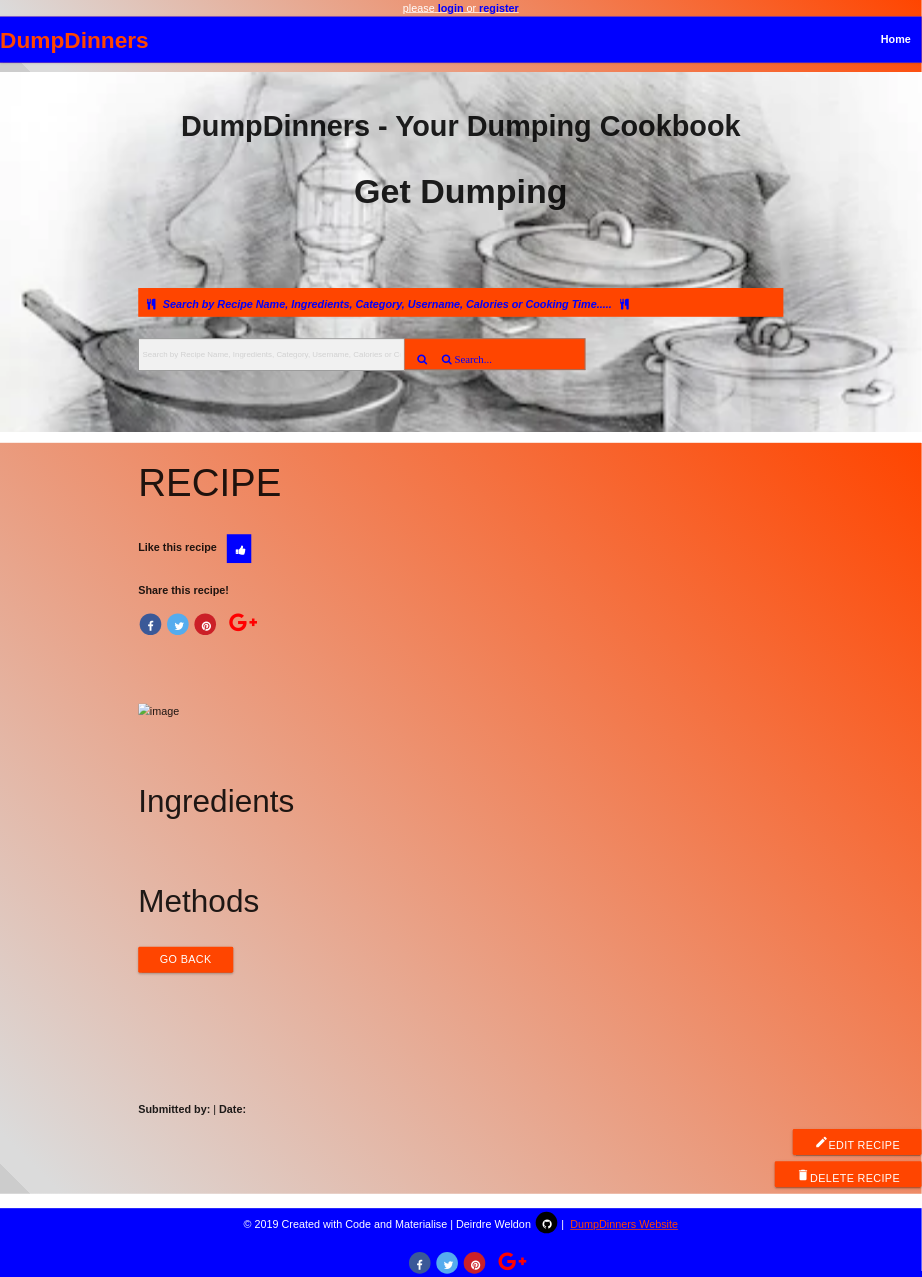
Repository: Deirdre18/dumpdinners-recipe-app
Page: templates/recipe.html
The author's editor kept a record of every edit. The page is drawn from the files as they stood at one moment, then again after the next edit.
The browser window is 1280 px wide. The pictures show the whole page, at 72% of full size.
Some web libraries are served in a nearby version. The page is served by the project's application, run on Flask 3 (app.py). The template is opened directly, without the code that normally fills it, so the values that code supplies are empty.

Above is the page before.

### templates/recipe.html
{% extends "base.html" %} {% block content %} {% with messages = get_flashed_messages() %} {% if messages %}
<strong class=flashes>


	{% for message in messages %}<br>
	{{ message }}</strong> {% endfor %}
</ul>
{% endif %} {% endwith %}
<div class="container recipe-container content-container">
	<!-- Recipe-->
	<section class="recipe">
		<div class="row">
			<div class="col s12 m12 l12">
				<div class="page-header">
					<h2 class="text-uppercase">RECIPE</h2>
					<!--rate recipe-->
				</div>
			</div>
		</div>
		<div>
			<!--http://www.sharelinkgenerator.com/-->
			<strong>Like this recipe</strong>&nbsp<a href="{{ url_for('likes', recipe_id=recipe._id) }}" <button class="waves-effect waves-light btn-small" type="submit" style="background-color:blue; color: white; margin-left:10px" name=" action"><i class="fa fa-thumbs-up" aria-hidden="true"></i></a></button><br><br>
		</div>



		<!--http://www.sharelinkgenerator.com/-->
		<!--referred to this for help with sharing links - https://css-tricks.com/simple-social-sharing-links/-->
		<!--also referred to this for link to pinterest-->
		<div class="shares">

		<h6 class="shares-recipe"><strong>Share this recipe!</strong></h6>
		<a href="https://www.facebook.com/sharer.php?u=" <i class="fa fa-facebook" aria-hidden="true"></i></a>
		<a href="https://twitter.com/intent/tweet" <i class="fa fa-twitter" aria-hidden="true"></i></a>
		<a href="https://pinterest.com/pin/create/link/?url=" <i class="fa fa-pinterest" aria-hidden="true"></i></a>
		<a href="https://plus.google.com/share?url=" <i class="fa fa-google-plus" style="font-size:30px; color:red"></i></a>

		</div>

		<div class="row" style="text-align:center"></div>
		<h3><em>{{recipe.recipe_name}}</em></h3>

		<div row="recipe">
			<div class="col s12 m12 l12">
				<img src="{{ recipe.image }}" alt="image" height=300 width=285>
				<!--referred to https://stackoverflow.com/questions/41081380/white-space-pre-not-working-as-expected-->
				<div class="ingredients col s12 m6 l6" style="white-space:normal">
					<h3>Ingredients</h3>
					{{ recipe.ingredients }}
				</div>
				<div class="methods col s12 m6 l6" style="white-space:normal">
					<h3>Methods</h3>
					{{ recipe.methods }}
				</div><br>



<!--taken from https://www.w3schools.com/jsref/met_his_back.asp-->
<button onclick="goBack()" class="waves-effect waves-light btn"  style="background-color:orangered">Go Back</button>

		<p><strong>Submitted by:</strong>{{ recipe.username }} |  <strong>Date:</strong> {{recipe.date_added}}</p>
			</div>
		</div>
</div>
<!-- button for edit recipe -->
<!--Taken from Spence Barribal's code (student Code Institute).-->
{% if session['username'] == recipe.username %}
<div class="row float-right">
	<a href="{{ url_for('edit_recipe', recipe_id=recipe._id, username=username) }}" class="waves-effect waves-light btn" style="background-color:orangered; float:right"><i class="small material-icons">mode_edit</i>Edit Recipe</a><br><br>

	<a href="{{ url_for('delete_recipe', recipe_id=recipe._id, username=username) }}" class="waves-effect waves-light btn"  style="background-color:orangered; float:right"><i class="small material-icons">delete</i>Delete Recipe</a><br><br>
</div>
{% endif %}
</div>
</div>
</div>
</div>
</div>
</div>
</div>
{% endblock %}

### templates/base.html
<!DOCTYPE html>
<html>

<head>
    <!--referred to this link for downloading bootstrap, as well as previous CI tutorials - https://forums.fedoraforum.org/showthread.php?314148-How-to-download-bootstrap-->

    <meta charset="UTF-8">
    <meta name="viewport" content="width=device-width, user-scalable=no, initial-scale=1.0, maximum-scale=1.0, minimum-scale=1.0">
    <meta http-equiv="X-UA-Compatible" content="ie=edge">
    <title>{{ title }} - DumpDinners</title>
    <link href="https://fonts.googleapis.com/icon?family=Material+Icons" rel="stylesheet">
    <link rel="stylesheet" href="https://cdnjs.cloudflare.com/ajax/libs/materialize/0.100.2/css/materialize.min.css">
    <link rel="stylesheet" href="{{url_for('static', filename='social-share-kit.css')}}" type="text/css" />
    <link rel="stylesheet" href="{{url_for('static', filename='styles.css')}}" type="text/css" />

    <!--referred to this for favicon - https://www.flaticon.com/-->

    <link rel="icon" type="image/ico" href="/static/images/favicon.ico" />
    <link rel="stylesheet" href="https://cdnjs.cloudflare.com/ajax/libs/font-awesome/4.7.0/css/font-awesome.min.css">

    <style>
        body {
            font-family: Arial;
        }

        * {
            box-sizing: border-box;
        }

        form.example input[type=text] {
            padding: 5px;
            font-size: 11px;
            border: 1px solid grey;
            float: left;
            width: 4%;
            height: 1%;
            background: #f1f1f1;
        }

        form.example button {
            float: left;
            width: 2%;
            height: 2%;
            padding: 5px;
            background: #2196F3;
            color: white;
            font-size: 11px;
            border: 1px solid grey;
            border-left: none;
            cursor: pointer;
        }

        form.example button:hover {
            background: #0b7dda;
        }

        form.example::after {
            content: "";
            clear: both;
            display: table;
        }
    </style>



</head>

<body>

    <style scoped>
        .pattern {
            min-height: 100px;
        }

        #stripes4 {
            background-image: repeating-linear-gradient(45deg, #ccc, #ccc 30px, #dbdbdb 30px, #dbdbdb 60px, orangered);
        }
    </style>

    <!--to give background gradient color, referred to https://www.quackit.com/css/codes/patterns/css_background_stripes.cfm-->

    <div id="stripes4" class="pattern">


        <!--referred to code from Spence Barribal's github project for username in session below (Student at Code Institute).-->

        {% if 'username' in session %}
        <div class="text-light font-italic bg-dark pt-2 pr-4" style="text-align:center; color:blue"><strong>welcome back, {{ session['username'] }}</strong>
        </div>

        <!--Referred to stack overflow article on centering anchors.-->

        <div class="display:block; text-align: center">
            <a href="{{ url_for('add_recipe') }}" <button class="btn waves-effect waves-light" type="submit" style="background-color:orangered" name="action"><strong>Add Recipe</strong>
                <i class="material-icons right">playlist_add</i>
             </button></div></a>



            <div class="display:block; text-align: center">
                <a href="{{ url_for( 'logout') }}" style="text-decoration:underline; color:blue; text-align:center,color:blue"><strong>Logout</strong></a>
            </div>

            <div class="display:block; text-align: center">
                <a href="{{ url_for( 'allrecipes') }}" style="text-decoration:underline;color:blue; text-align:center"><strong>Home</strong></a>

            </div>

            {% else %}

            <div class="login" style="text-align:center;text-decoration:underline; color:white">please<a href="{{ url_for('login') }}" style="color:blue"><strong> login</a></strong> or <a href="{{ url_for('register') }}" style="color:blue"><strong> register</strong></a>
            </div>
            {% endif %}

            <nav>
                <div class="nav-wrapper">
                    <a class="brand-logo" style="color:orangered"><strong>DumpDinners</strong></a>
                    <a href="#" data-activates="mobile-demo" class="button-collapse"><i class="material-icons">menu</i></a>
                    <ul id="nav-mobile" class="right hide-on-med-and-down">

                        {% if 'username' not in session %}

                        <li class="nav-item">
                            <a href="{{ url_for('index') }}" style="color:white"><strong>Home</a></strong>
                        </li>


                        {% endif %}

                    </ul>
                </div>

            </nav>
            <!--referred to https://www.w3schools.com/howto/howto_css_search_button.asp-->

            {% if 'username' in session %}
            <ul class="sidenav" id="mobile-demo">
                <li class="nav-item">
                    <a href="{{ url_for('allrecipes') }}" style="color:orangered;text-decoration:underline"><strong>Home</strong></a>
                </li>
                {% endif %}


            </ul>
        </div>

        <div id="index-banner" class="parallax-container">
            <div class="section no-pad-bot">
                <div class="container">

                    <div class="parallax">
                        <img src="{{ url_for('static', filename='uploads/' + 'still-life.jpg') }}">
                    </div>

                    <h2 class="header center" class="header"><small><strong>DumpDinners - Your Dumping Cookbook</strong></small></h2>

                    <h1 class="header center" class="header"><small><strong>Get Dumping</strong></small></h1>
                    <br><br><br>


                    <!--/*referred to https://www.w3schools.com/howto/howto_css_search_button.asp*/-->

                    <div class="search-container">

                        <h6 class="lead-search" style="background-color:orangered; color:blue; text-align:left"><strong><i><i class="fa fa-cutlery" style="font-size: 15px"></i>Search by Recipe Name, Ingredients, Category, Username, Calories or Cooking Time.....</i></strong><i class="fa fa-cutlery" style="font-size: 15px"></i></h6><br>


                        <form class="example" action="{{ url_for('search') }}">
                            <input type="text" placeholder="Search by Recipe Name, Ingredients, Category, Username, Calories or Cooking Time...." required name="query" style="margin-top:1px; width:40%; height:3em !important" style="color:black">
                            <div id="search">
                                <button type="submit" style="margin-top:1px; width:28%; height:4em !important; background-color:orangered"><strong><i class="fa fa-search" style="font-size:15px;float:left;color:blue"></strong>&nbspSearch...</i></button>
                            </div>

                        </form>

                    </div>
                </div>
            </div>
            <!--Referred to this link for adding photos dynamically. https://stackoverflow.com/questions/40877272/jinja2-not-displaying-the-images-->
        </div>
        <div id="stripes4" class="pattern">
            {% block content %}{% endblock %}
        </div>
        <script src="https://ajax.googleapis.com/ajax/libs/jquery/3.4.1/jquery.min.js"></script>
        <script src="https://cdnjs.cloudflare.com/ajax/libs/jquery/3.2.1/jquery.min.js"></script>
        <script src="https://cdnjs.cloudflare.com/ajax/libs/materialize/0.100.2/js/materialize.min.js"></script>
        <!--<script src="assets/js/social-share-kit.js"></script>-->
        <!--<script src="assets/js/social-share-kit.min.js"></script>-->
        <script type="text/javascript">
            $(document).ready(function() {
                $(".button-collapse").sideNav();
            });
        </script>
        <script type="text/javascript">
            $('.datepicker').pickadate({
                selectMonths: true, // Creates a dropdown to control month
                selectYears: 15, // Creates a dropdown of 15 years to control year,
                today: 'Today',
                clear: 'Clear',
                close: 'Ok',
                closeOnSelect: false // Close upon selecting a date,
            });
        </script>
        <script>
            $(document).ready(function() {
                $('.parallax').parallax();
            });
        </script>
        <!-- jquery to activate buttons -->
        <script type="text/javascript">
            $(document).ready(function() {
                $('.collapsible').collapsible();
                $('select').material_select();
            });
        </script>

        <!--function for 'back' button-->
        <script>
            function goBack() {
                window.history.back();
            }
        </script>

        <!--// to create footer referred to https://www.w3schools.com/howto/tryit.asp?filename=tryhow_css_fixed_footer. For flexible footer referred to https://materializecss.com/footer.html // decided to make footer fixed rather than flexible-->
        <style>
            .footer {
                margin-top: 1px;
                display: fixed;
                min-height: 3vh;
                flex-direction: column;
                text-align: center;
                background-color: blue;
                color: white;
            }

            main {
                flex: 1 0 auto;
            }

            .container {
                margin-top: 15px;
                margin-bottom: 3px;
            }
        </style>
        <style>
            .fa {
                padding: 10px;
                font-size: 15px;
                width: 30px;
                text-decoration: none;
                margin: 5px 2px;
                border-radius: 50%;
                height: 30px;
            }

            .fa:hover {
                opacity: 0.7;
            }

            .fa-facebook {
                background: #3B5998;
                color: white;
                text-align: center;
            }

            .fa-twitter {
                background: #55ACEE;
                color: white;
                text-align: center;
            }

            .fa-youtube {
                background: #bb0000;
                color: white;
                text-align: center;
            }

            .fa-pinterest {
                background: #cb2027;
                color: white;
                text-align: center;
            }

            .fa-github {
                background: black;
                color: white;
                text-align: center;
                font-size: 15px;
            }

            strong {
                font-weight: bold;
            }
        </style>
        <div class="footer">
            <div class="container">
                <!--created blank spaces, referred to https://www.computerhope.com/jargon/n/nbsp.htm-->
                © 2019 Created with Code and Materialise&nbsp| Deirdre Weldon <a href="https://github.com/" class="fa fa-github"></a> |&nbsp
                <a href="https://dumpdinners-recipe-app.herokuapp.com/" style="color:orangered; text-decoration: underline">DumpDinners Website
        </div>
        <!--for social media icons and styles referred to https://www.w3schools.com/howto/howto_css_social_media_buttons.asp    -->
        <!-- Add font awesome icons -->
        <a href="https://www.facebook.com/" class="fa fa-facebook"></a>
                <a href="https://www.twitter.com/" class="fa fa-twitter"></a>
                <a href="https://www.pinterest.com/" class="fa fa-pinterest"></a>
                <a href="https://plus.google.com/" class="fa fa-google-plus" style="font-size:30px; color:red"></a>
            </div>
</body>

</html>

### app.py
import os
import re
from flask import Flask, render_template, redirect, request, url_for, session, flash
import json
from flask_pymongo import PyMongo
import pymongo
from pymongo import MongoClient
from bson.objectid import ObjectId


from werkzeug.security import generate_password_hash, check_password_hash


app = Flask(__name__)

app.secret_key = "randomstring123"



if app.config['DEBUG'] == True:
    from config import dbconfig
    app.config["MONGO_DBNAME"] = 'dumpdinners'
    app.config["MONGO_URI"] = dbconfig()
else:
    app.config['MONGO_URI'] = os.environ.get("MONGO_URI")
    app.config['MONGO_DBNAME'] = os.environ.get("MONGO_DBNAME")

mongo = PyMongo(app)


@app.route('/')
@app.route('/index')
def index():
    """Home page the gets 4 recipes from DB that have been viewed the most"""
    four_recipes = mongo.db.recipes.find().limit(4)
    return render_template('allrecipes1.html', recipes=four_recipes)

@app.route('/allrecipes')
def allrecipes():
    recipes = mongo.db.recipes.find()
    return render_template('allrecipes.html', recipes=recipes)

@app.route('/allrecipes1')
def allrecipes1():
    recipes = mongo.db.recipes.find()
    four_recipes = mongo.db.recipes.find().limit(4)
    return render_template('allrecipes1.html', recipes=four_recipes)

@app.route('/add_recipe')
def add_recipe():
    recipes = mongo.db.recipes.find()
    return render_template('addrecipe.html',
        recipes=mongo.db.categories.find())



@app.route('/insert_recipe', methods=['POST'])
def insert_recipe():
    recipes = mongo.db.recipes
    recipes.insert_one(request.form.to_dict())
    flash ("Thank you, your recipe has been inserted!")
    return render_template('recipe.html', recipe=recipe)




@app.route('/edit_recipe/<recipe_id>', methods=['GET', 'POST'])
def edit_recipe(recipe_id):
    """Allows logged in user to edit their own recipes"""
    recipe_db = mongo.db.recipes.find_one_or_404({'_id': ObjectId(recipe_id)})
    all_categories =  mongo.db.categories.find()
    if request.method == 'GET':

        return render_template('editrecipe.html', recipe=recipe_db, categories=all_categories)


# referred to this article for advice on 'views' - https://stackoverflow.com/questions/5782311/mongodb-inc-embedded-value-syntax

@app.route('/update_recipe/<recipe_id>', methods=["POST"])
def update_recipe(recipe_id):
    recipes = mongo.db.recipes
    recipes.update( {'_id': ObjectId(recipe_id)},
    {
        '$set': {

        'recipe_name':request.form.get('recipe_name'),
        'ingredients':request.form.get('ingredients'),
        'image': request.form.get('image'),
        'category_name': request.form.get('category_name'),
        'username': request.form.get('username'),
        'methods': request.form.get('methods'),
        'short_description': request.form.get('short_description'),
        'date_added': request.form.get('date_added'),
        'is_vegetarian': request.form.get('is_vegetarian'),
        'views':1,
        'likes':1

        }
    })
    return redirect(url_for('allrecipes'))




@app.route('/delete_recipe/<recipe_id>')
def delete_recipe(recipe_id):
    mongo.db.recipes.remove({'_id': ObjectId(recipe_id)})
    return redirect(url_for('allrecipes'))

@app.route('/search')
def search():
    """Provides logic for search bar"""
    orig_query = request.args['query']
    # using regular expression setting option for any case
    query = {'$regex': re.compile('.*{}.*'.format(orig_query)), '$options': 'i'}
    # find instances of the entered word in title, tags or ingredients
    results = mongo.db.recipes.find({
        '$or': [
            {'recipe_name': query},
            {'ingredients': query},
            {'recipe_name': query},
            {'category_name': query},
            {'calories': query},
            {'cooking_time': query}
        ]
    })
    return render_template('search.html', query=orig_query, results=results)


@app.route('/recipe/<recipe_id>')
def recipe(recipe_id):

    """Shows full recipe and increments view"""
    mongo.db.recipes.find_one_and_update(
        {'_id': ObjectId(recipe_id)},
        { '$inc': { 'views': 1}}



    )
    recipe_db = mongo.db.recipes.find_one_or_404({'_id': ObjectId(recipe_id)})
    return render_template('recipe.html', recipe=recipe_db)

# routing for likes

@app.route('/likes/<recipe_id>')
def likes(recipe_id):

    """Shows full recipe and increments view"""
    mongo.db.recipes.find_one_and_update(
        {'_id': ObjectId(recipe_id)},
        { '$inc': { 'likes': 1}}



    )
    recipe_db = mongo.db.recipes.find_one_or_404({'_id': ObjectId(recipe_id)})
    return redirect(url_for('allrecipes1'))

#Copied routing for login from Deborah Thompson, student at Code Institute for login routing - #https://github.com/debbiect246/recipe-app#


@app.route('/login', methods=["GET","POST"])
def login():
    if request.method == 'POST':
        login_user = mongo.db.register.find_one({'username': request.form['username']})
        form = request.form
        if login_user:
            if(form["password"] == login_user["password"]): # if password correct
                session['username'] = login_user["username"]
                return redirect(url_for('allrecipes',register_id = login_user["_id"]))
            else: # and if password is not correct
               flash("Incorrect password, please try again or register")
        else:# if user does not exist
            flash("User does not exist")
            return redirect(url_for('register'))
    return render_template('login.html')


#Copied routing for register from Deborah Thompson, student at Code Institute for login routing - #https://github.com/debbiect246/recipe-app#

@app.route('/register', methods=['POST','GET'])
def register():
    if request.method == 'POST':
        register = mongo.db.register
        register_id = register.insert_one(request.form.to_dict())
        # print(register)
        object_id = register_id.inserted_id
        flash("Thank you for registering, please login to view more recipes and add your own!")
        return redirect(url_for('login'))
    return render_template('register.html')




#Copied routing for allrecipeslist from Deborah Thompson, student at Code Institute for login routing - #https://github.com/debbiect246/recipe-app#


@app.route('/logout')
def logout():
    """Clears session and redirects to home"""

    session.clear()
    flash ("Thank you, hope to see you again soon!")
    return redirect(url_for('login'))




if __name__ == '__main__':
    app.run(host=os.environ.get('IP'),
        port=int(os.environ.get('PORT')))

### static/styles.css
.card-body {
    width: 75%;
    margin-left: 0;
    left: auto;
    right: auto;
    white-space: pre-wrap;
}

#search [type="search"] [name="query"]
{
     height: 30px;
     width: 50px;
}


h3 {margin-top: 10%}

.main { margin-top: 20px;}

.card-image {width:25%;}

h5 .lead-search {margin-bottom: 0}

p .heading {margin-top: 30%;}


.card-image {white-space: pre-wrap;
            margin-bottom: -80px;
}


h1 {text-align: center;
    margin-top: 20px;

}

p {margin-top: 20%;}



.nav-wrapper {background-color: blue;}

#Add {color: indigo;
}

#View {color: indigo;
}

.brand-logo{text-align:left;}

.btn_small {
    height: 24px;
    width: 60px;
    line-height: 24px;
    margin: 5px 5px;
    padding: 0 0.5em;
}

Loaded but not shown: static/social-share-kit.css (no copy from this time; the picture is the same without it)

After the next edit:
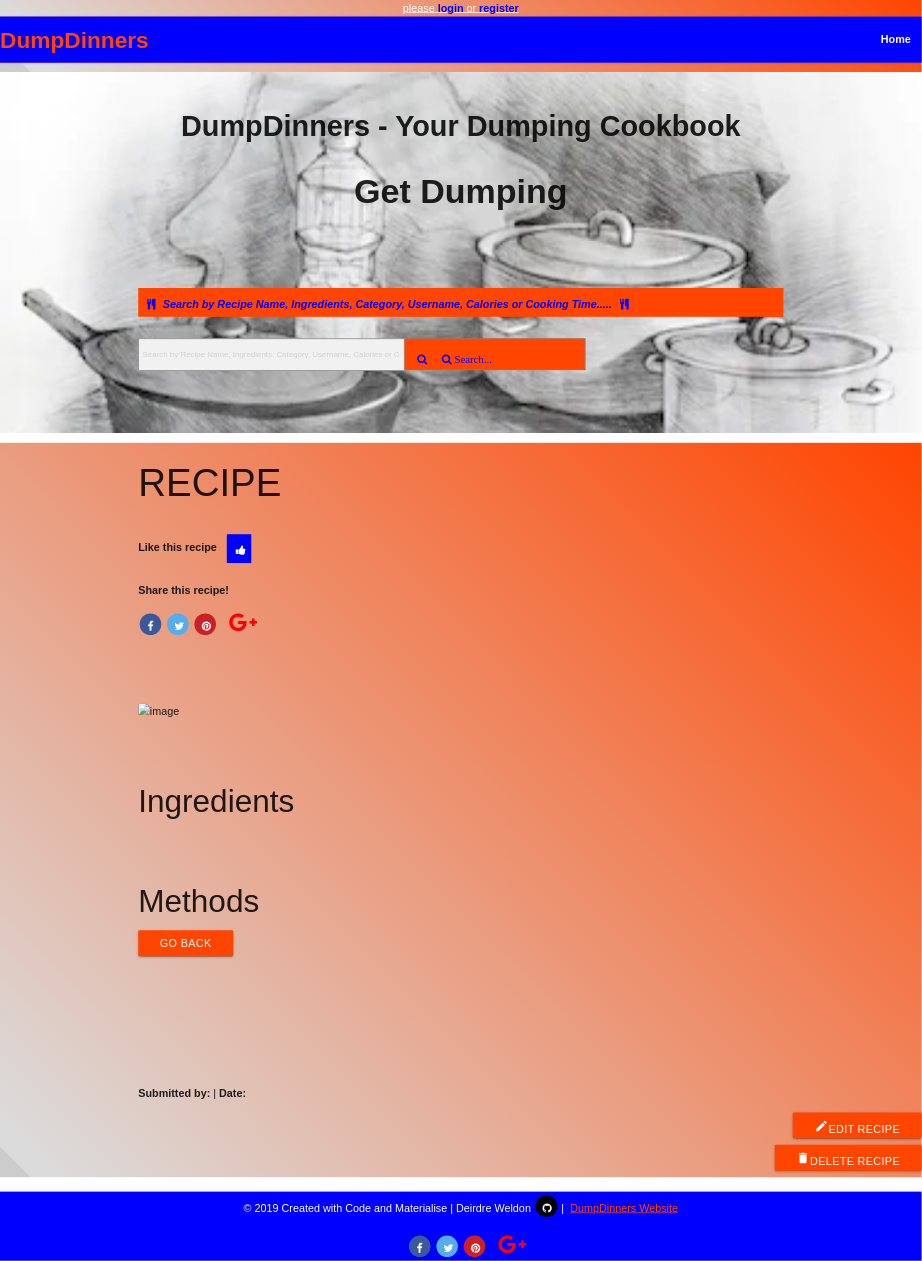
The edit:
--- a/templates/recipe.html
+++ b/templates/recipe.html
@@ -51,7 +51,7 @@
 				<div class="methods col s12 m6 l6" style="white-space:normal">
 					<h3>Methods</h3>
 					{{ recipe.methods }}
-				</div><br>
+				</div>
 
 
 
